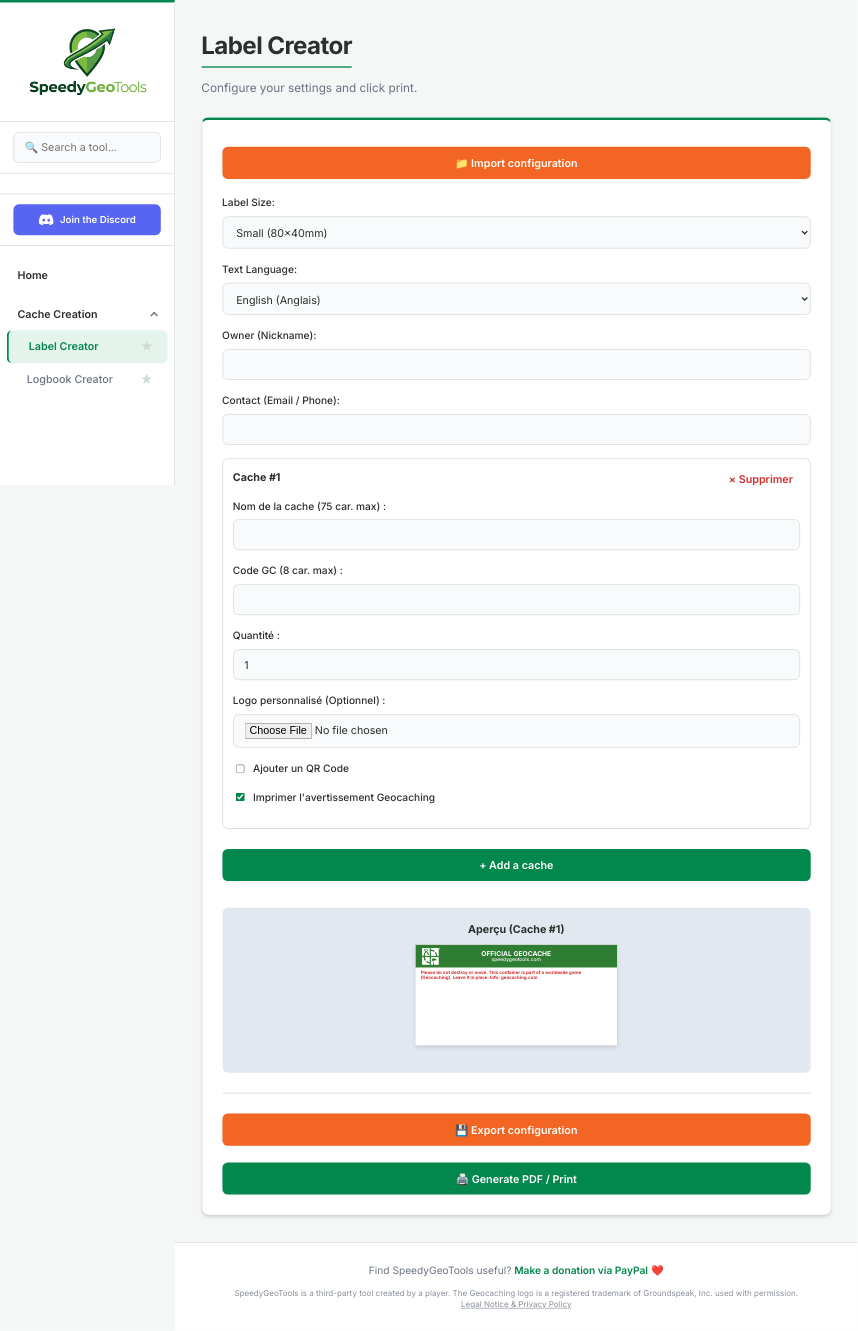
Repository: rodafux/SpeedyGeoTools
Page: labels.html
These files come from the project's save history. The page is drawn as it stood at one moment and after the next save; the edit follows.
The browser window is 1280 px wide. The pictures show the whole page, at 67% of full size.

Above is the page before, as saved 2026-04-11 02:07:50.

### labels.html
<!DOCTYPE html>
<html lang="en">
<head>
    <meta charset="UTF-8">
    <meta name="viewport" content="width=device-width, initial-scale=1.0">
    <title>SpeedyGeoTools - Label Creator</title>
    <meta name="description" content="Generate and print your custom geocaching labels with QR Codes and personalized options.">
    <link rel="alternate" hreflang="en" href="https://speedygeotools.com/labels.html" />
    <link rel="alternate" hreflang="fr" href="https://speedygeotools.com/fr/labels.html" />
    <link rel="alternate" hreflang="x-default" href="https://speedygeotools.com/labels.html" />
    <link rel="preconnect" href="https://fonts.googleapis.com">
    <link rel="preconnect" href="https://fonts.gstatic.com" crossorigin>
    <link href="https://fonts.googleapis.com/css2?family=Inter:wght@400;500;600;700&display=swap" rel="stylesheet">
    <link rel="stylesheet" href="css/style.css">
    <link rel="stylesheet" href="css/print.css">
    <script src="https://cdnjs.cloudflare.com/ajax/libs/qrious/4.0.2/qrious.min.js"></script>
    <script>
        (function() {
            var supportedLangs = ['fr'];
            var userLang = (navigator.language || navigator.userLanguage).substring(0, 2).toLowerCase();
            if (!sessionStorage.getItem('lang_redirect') && supportedLangs.indexOf(userLang) !== -1) {
                sessionStorage.setItem('lang_redirect', 'true');
                window.location.replace(userLang + '/labels.html' + window.location.search);
            }
        })();
    </script>
</head>
<body>
    <div class="app-sidebar no-print">
        <div class="sidebar-header">
            <a href="index.html" class="sidebar-brand">
                <img src="logo.png" alt="SpeedyGeoTools" class="brand-logo">
            </a>
            <button class="mobile-menu-toggle" onclick="toggleMobileMenu()">☰</button>
        </div>
        <div class="sidebar-content" id="sidebarContent">
            <div class="search-container">
                <input type="text" id="toolSearch" placeholder="🔍 Search a tool..." onkeyup="filterTools()">
            </div>
            <div id="google_translate_element" class="translation-widget"></div>
            <div class="sidebar-discord">
                <a href="https://discord.gg/7D9yHJCKaA" target="_blank">
                    <svg viewBox="0 0 127.14 96.36" width="22" height="22" fill="currentColor"><path d="M107.7,8.07A105.15,105.15,0,0,0,81.47,0a72.06,72.06,0,0,0-3.36,6.83A97.68,97.68,0,0,0,49,6.83,72.37,72.37,0,0,0,45.64,0,105.89,105.89,0,0,0,19.39,8.09C2.79,32.65-1.71,56.6.54,80.21h0A105.73,105.73,0,0,0,32.71,96.36,77.7,77.7,0,0,0,39.6,85.25a68.42,68.42,0,0,1-10.85-5.18c.91-.66,1.8-1.34,2.66-2a75.57,75.57,0,0,0,64.32,0c.87.71,1.76,1.39,2.66,2a68.68,68.68,0,0,1-10.87,5.19,77,77,0,0,0,6.89,11.1A105.25,105.25,0,0,0,126.6,80.22h0C129.24,52.84,122.09,29.11,107.7,8.07ZM42.45,65.69C36.18,65.69,31,60,31,53s5-12.74,11.43-12.74S54,46,53.89,53,48.84,65.69,42.45,65.69Zm42.24,0C78.41,65.69,73.31,60,73.31,53s5-12.74,11.43-12.74S96.33,46,96.22,53,91.08,65.69,84.69,65.69Z"/></svg>
                    <span>Join the Discord</span>
                </a>
            </div>
            <div class="sidebar-nav">
                <a href="index.html">Home</a>
                <details open>
                    <summary>Cache Creation</summary>
                    <a href="labels.html" class="active">Label Creator</a>
                    <a href="logbook.html">Logbook Creator</a>
                </details>
            </div>
        </div>
    </div>
    <div class="app-content">
        <div class="container no-print">
            <h1>Label Creator</h1>
            <p class="subtitle">Configure your settings and click print.</p>
            <div class="main-layout" style="display:block;">
                <div class="controls-panel">
                    <div style="margin-bottom: 25px;">
                        <input type="file" id="importLabels" accept=".json" onchange="importConfig(event)" style="display: none;">
                        <button onclick="document.getElementById('importLabels').click()" class="btn-secondary">📁 Import configuration</button>
                    </div>
                    <div class="form-group">
                        <label for="labelSize">Label Size:</label>
                        <select id="labelSize" onchange="onSizeChange()">
                            <option value="micro">Micro (50x25mm)</option>
                            <option value="small" selected>Small (80x40mm)</option>
                            <option value="regular">Regular (120x60mm)</option>
                        </select>
                    </div>
                    <div class="form-group">
                        <label for="pdfLanguage">Text Language:</label>
                        <select id="pdfLanguage" onchange="onSizeChange()">
                            <option value="fr">Français</option>
                            <option value="en" selected>English (Anglais)</option>
                            <option value="de">Deutsch (Allemand)</option>
                            <option value="es">Español (Espagnol)</option>
                            <option value="it">Italiano (Italien)</option>
                            <option value="pt">Português (Portugais)</option>
                            <option value="nl">Nederlands (Néerlandais)</option>
                            <option value="cs">Čeština (Tchèque)</option>
                        </select>
                    </div>
                    <div class="form-group">
                        <label for="labelOwner">Owner (Nickname):</label>
                        <input type="text" id="labelOwner" onkeyup="updateLabelPreview()">
                    </div>
                    <div class="form-group">
                        <label for="labelMail">Contact (Email / Phone):</label>
                        <input type="text" id="labelMail" onkeyup="updateLabelPreview()">
                    </div>
                    <div id="cachesListContainer"></div>
                    <button onclick="addCacheCard()" style="margin-bottom: 20px;">+ Add a cache</button>
                    <div id="labelPreviewContainer" style="margin-top: 20px; background: #e2e8f0; padding: 20px; border-radius: 8px;"></div>
                    <div style="margin-top: 30px; border-top: 1px solid var(--border-color); padding-top: 20px;">
                        <button onclick="exportConfig()" class="btn-secondary" style="margin-bottom: 15px;">💾 Export configuration</button>
                        <button onclick="generateLabelsAndPrint()">🖨️ Generate PDF / Print</button>
                    </div>
                </div>
            </div>
        </div>
        <footer class="site-footer no-print">
            <p>Find SpeedyGeoTools useful? <a href="https://paypal.me/JulienPorcher" target="_blank" rel="noopener noreferrer">Make a donation via PayPal</a> ❤️</p>
            <p class="disclaimer">
                SpeedyGeoTools is a third-party tool created by a player. The Geocaching logo is a registered trademark of Groundspeak, Inc. used with permission.<br>
                <a href="legal.html">Legal Notice & Privacy Policy</a>
            </p>
        </footer>
    </div>
    <div id="render-area"></div>
    <script type="text/javascript" src="//translate.google.com/translate_a/element.js?cb=googleTranslateElementInit"></script>
    <script src="js/i18n.js"></script>
    <script src="js/formats/micro.js"></script>
    <script src="js/formats/small.js"></script>
    <script src="js/formats/regular.js"></script>
    <script src="js/labels.js"></script>
    <script src="js/main.js"></script>
</body>
</html>

### css/print.css
@media print {
    @page { size: A4 portrait; margin: 0; }
    body { background: white; padding: 0; margin: 0; color: black; font-family: sans-serif; display: block; }
    body > * { display: none !important; }
    body > #render-area { display: block !important; width: 100%; }
    .a4-page { width: 210mm; height: 297mm; padding: 10mm 15mm; box-sizing: border-box; display: flex; justify-content: center; break-after: page; }
    .a4-page:last-child { page-break-after: auto; break-after: auto; }
    .log-strip { height: 100%; border: 1px solid #000; border-left: none; box-sizing: border-box; display: flex; flex-direction: column; overflow: hidden; }
    .log-strip:first-child { border-left: 1px solid #000; }
    .staple-area { min-height: 10mm; border-bottom: 1px dashed #999; }
    .official-logo-box { text-align: center; padding: 5mm 0; border-bottom: 1px solid #000; }
    .official-logo-box img { width: 20mm; height: auto; }
    .official-logo-box div { font-size: 7px; font-weight: bold; margin-top: 2px; }
    .strip-logo { width: 100%; max-height: 25mm; object-fit: contain; margin: 4mm 0; padding: 0 2mm; box-sizing: border-box; display: block; }
    .logo-container { border-bottom: 1px solid #000; }
    .created-on { text-align: center; font-size: 9px; font-weight: bold; background-color: #000 !important; color: #FFF !important; padding: 4px 1mm; border-bottom: 1px solid #000; text-transform: uppercase; letter-spacing: 0.3px; -webkit-print-color-adjust: exact; print-color-adjust: exact; }
    .cache-info { text-align: center; padding: 4px 3mm 4px 5mm; border-bottom: 1px solid #000; font-size: 10px; }
    .cache-info strong { font-size: 11px; display: block; }
    .emergency-box { padding: 6px 3mm 6px 5mm; border-bottom: 1px solid #000; font-size: 8px; line-height: 1.6; }
    .emergency-box strong { display: block; text-align: center; font-size: 10px; margin-bottom: 4px; }
    .warning-text { font-size: 6.5px; padding: 4px 3mm 4px 5mm; text-align: justify; line-height: 1.2; border-bottom: 1px solid #000; }
    .warning-text strong { display: block; text-align: center; margin-bottom: 3px; font-size: 7.5px; }
    .warning-text ul { padding-left: 8px; margin: 3px 0; }
    .qr-box { padding: 4px 3mm 4px 5mm; text-align: center; border-bottom: 1px solid #000; }
    .qr-title { font-size: 7px; font-weight: bold; margin-bottom: 2px; }
    .qr-warn { font-size: 6px; margin-top: 2px; color: #333; }
    .podium-box { display: flex; flex-direction: column; border-bottom: 1px solid #000; }
    .podium-stamp { border-bottom: 1px dotted #888; display: flex; flex-direction: column; padding: 2px 2px 2px 5mm; box-sizing: border-box; }
    .podium-stamp.with-tampon { min-height: 35mm; }
    .podium-stamp:last-child { border-bottom: none; }
    .podium-header { display: flex; flex-wrap: wrap; align-items: center; gap: 3px; font-size: 7px; color: #333; margin-bottom: 2mm; }
    .podium-title { font-weight: bold; font-size: 10px; color: #000; margin-right: 2px; }
    .podium-input-date { font-style: italic; }
    .podium-input-pseudo { font-style: italic; flex-grow: 1; }
    .podium-tampon { flex-grow: 1; display: flex; align-items: center; justify-content: center; font-size: 10px; color: #aaa; text-transform: uppercase; letter-spacing: 1px; border: 1px dotted #ccc; }
    .logs-container { flex-grow: 1; display: flex; flex-direction: column; }
    .log-row { flex: 1; border-bottom: 1px solid #ccc; box-sizing: border-box; display: flex; }
    .log-row:last-child { border-bottom: none; }
    .staple-spacer { border-bottom: 1px solid #ccc; }
    .log-date { width: 10mm; border-right: 1px dotted #ccc; font-size: 7px; padding: 2px 2px 2px 3mm; color: #666; box-sizing: border-box; }
    .log-name { flex-grow: 1; font-size: 7px; padding: 2px 2px 2px 2mm; color: #666; box-sizing: border-box; }
}

Loaded but not shown: js/i18n.js (218 lines, source omitted); js/labels.js (226 lines, source omitted); js/main.js (199 lines, source omitted); js/formats/small.js (62 lines, source omitted); js/formats/micro.js (57 lines, source omitted); js/formats/regular.js (45 lines, source omitted); css/style.css (196 lines, source omitted)

After the next save:
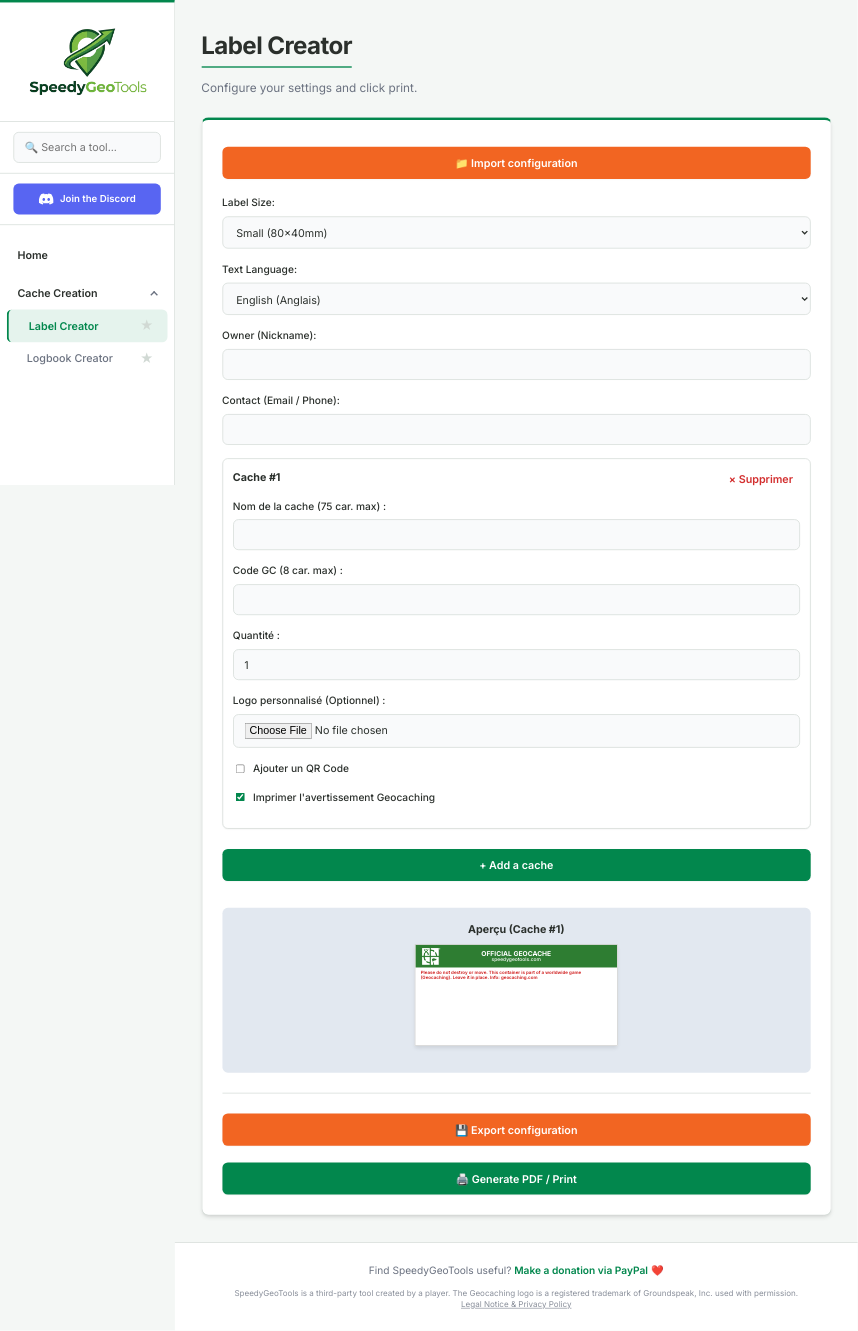
Saved 9 s later.
--- a/labels.html
+++ b/labels.html
@@ -37,7 +37,6 @@
             <div class="search-container">
                 <input type="text" id="toolSearch" placeholder="🔍 Search a tool..." onkeyup="filterTools()">
             </div>
-            <div id="google_translate_element" class="translation-widget"></div>
             <div class="sidebar-discord">
                 <a href="https://discord.gg/7D9yHJCKaA" target="_blank">
                     <svg viewBox="0 0 127.14 96.36" width="22" height="22" fill="currentColor"><path d="M107.7,8.07A105.15,105.15,0,0,0,81.47,0a72.06,72.06,0,0,0-3.36,6.83A97.68,97.68,0,0,0,49,6.83,72.37,72.37,0,0,0,45.64,0,105.89,105.89,0,0,0,19.39,8.09C2.79,32.65-1.71,56.6.54,80.21h0A105.73,105.73,0,0,0,32.71,96.36,77.7,77.7,0,0,0,39.6,85.25a68.42,68.42,0,0,1-10.85-5.18c.91-.66,1.8-1.34,2.66-2a75.57,75.57,0,0,0,64.32,0c.87.71,1.76,1.39,2.66,2a68.68,68.68,0,0,1-10.87,5.19,77,77,0,0,0,6.89,11.1A105.25,105.25,0,0,0,126.6,80.22h0C129.24,52.84,122.09,29.11,107.7,8.07ZM42.45,65.69C36.18,65.69,31,60,31,53s5-12.74,11.43-12.74S54,46,53.89,53,48.84,65.69,42.45,65.69Zm42.24,0C78.41,65.69,73.31,60,73.31,53s5-12.74,11.43-12.74S96.33,46,96.22,53,91.08,65.69,84.69,65.69Z"/></svg>
@@ -112,7 +111,6 @@
         </footer>
     </div>
     <div id="render-area"></div>
-    <script type="text/javascript" src="//translate.google.com/translate_a/element.js?cb=googleTranslateElementInit"></script>
     <script src="js/i18n.js"></script>
     <script src="js/formats/micro.js"></script>
     <script src="js/formats/small.js"></script>
